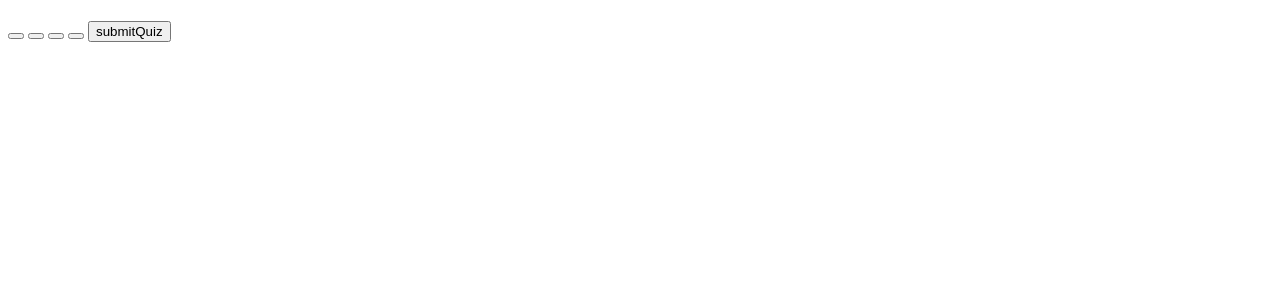
Repository: RenataDzotova/Trivia-BCIT
Page: quiz.html
An editor plug-in stored every save of this project. The page is shown before and after the next save, followed by the edit.
The browser window is 1280 px wide. The pictures show the whole page.

Above is the page before, as saved 2022-10-24 12:15:51.

### quiz.html
<!DOCTYPE html>
<html lang="en">
<head>
    <meta charset="UTF-8">
    <meta http-equiv="X-UA-Compatible" content="IE=edge">
    <meta name="viewport" content="width=device-width, initial-scale=1.0">
    <title>Document</title>
</head>
<body>
    <h1></h1>
    <button name="answer1"></button>
    <button name="answer2"></button>
    <button name="answer3"></button>
    <button name="answer4"></button>
    <input type="submit" name="submit" value="submitQuiz" onclick={result}></input>

</body>
</html>

After the next save:
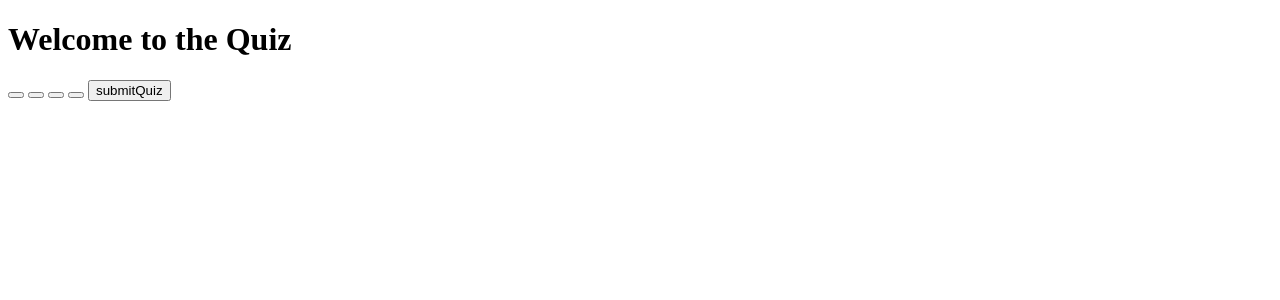
Saved 4 s later.
--- a/quiz.html
+++ b/quiz.html
@@ -7,7 +7,7 @@
     <title>Document</title>
 </head>
 <body>
-    <h1></h1>
+    <h1>Welcome to the Quiz</h1>
     <button name="answer1"></button>
     <button name="answer2"></button>
     <button name="answer3"></button>

After the save that followed:
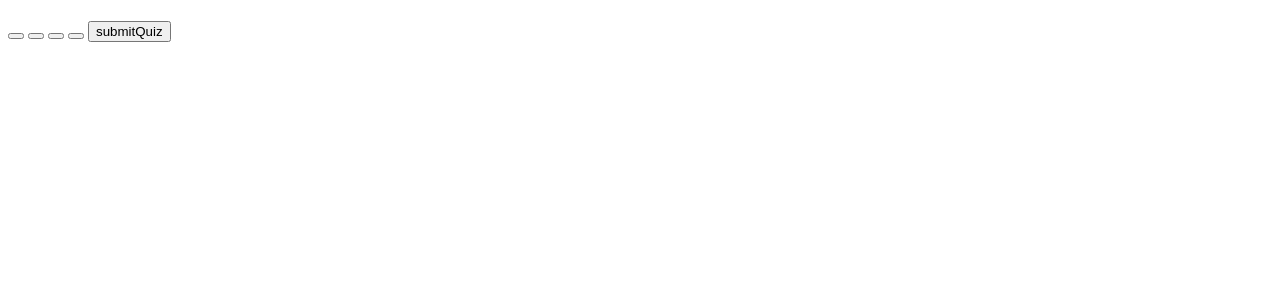
Saved 15 s later.
--- a/quiz.html
+++ b/quiz.html
@@ -7,7 +7,7 @@
     <title>Document</title>
 </head>
 <body>
-    <h1>Welcome to the Quiz</h1>
+    <h1></h1>
     <button name="answer1"></button>
     <button name="answer2"></button>
     <button name="answer3"></button>
